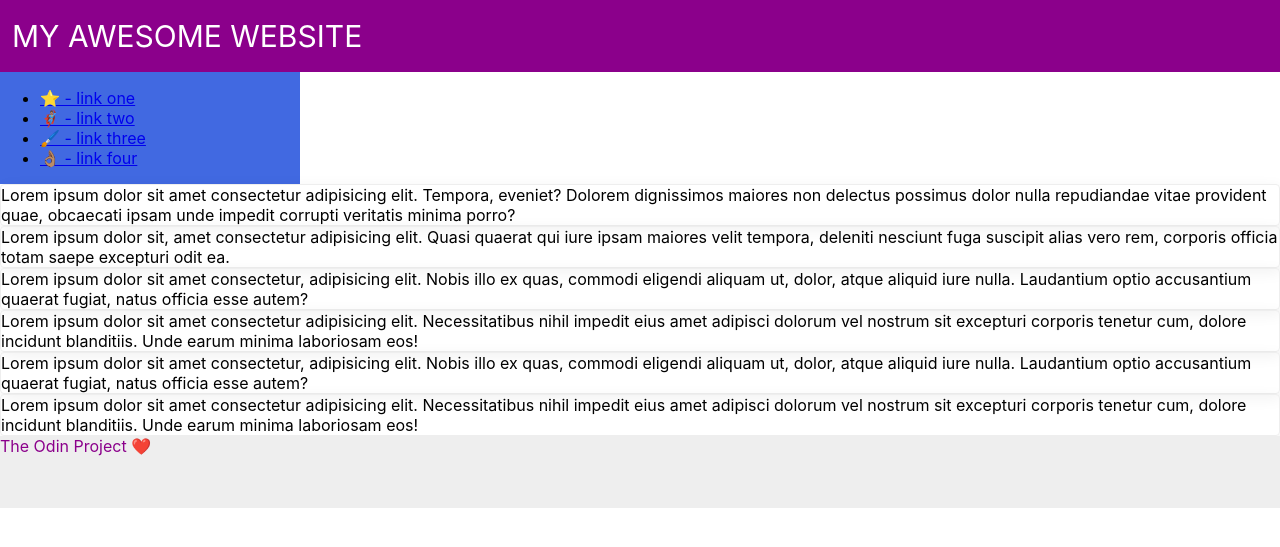
Repository: bbrockbrown/css-exercises
Page: flex/07-flex-layout-2/index.html
These files come from the project's save history. The page is drawn as it stood at one moment and after a run of saves; the edit follows.
The browser window is 1280 px wide. The pictures show the whole page.

Above is the page before, as saved 2024-07-22 18:34:38.

### flex/07-flex-layout-2/index.html
<!DOCTYPE html>
<html lang="en">
  <head>
    <meta charset="UTF-8">
    <meta http-equiv="X-UA-Compatible" content="IE=edge">
    <meta name="viewport" content="width=device-width, initial-scale=1.0">
    <title>The Holy Grail</title>
    <link rel="stylesheet" href="style.css">
  </head>
  <body>

    <div class="header">
      MY AWESOME WEBSITE
    </div>

    <div class="sidebar">
      <ul>
        <li><a href="#">⭐ - link one</a></li>
        <li><a href="#">🦸🏽‍♂️ - link two</a></li>
        <li><a href="#">🖌️ - link three</a></li>
        <li><a href="#">👌🏽 - link four</a></li>
      </ul>
    </div>

    <div class="card-container">
      <div class="card">Lorem ipsum dolor sit amet consectetur adipisicing elit. Tempora, eveniet? Dolorem dignissimos maiores non delectus possimus dolor nulla repudiandae vitae provident quae, obcaecati ipsam unde impedit corrupti veritatis minima porro?</div>
      <div class="card">Lorem ipsum dolor sit, amet consectetur adipisicing elit. Quasi quaerat qui iure ipsam maiores velit tempora, deleniti nesciunt fuga suscipit alias vero rem, corporis officia totam saepe excepturi odit ea.</div>
      <div class="card">Lorem ipsum dolor sit amet consectetur, adipisicing elit. Nobis illo ex quas, commodi eligendi aliquam ut, dolor, atque aliquid iure nulla. Laudantium optio accusantium quaerat fugiat, natus officia esse autem?</div>
      <div class="card">Lorem ipsum dolor sit amet consectetur adipisicing elit. Necessitatibus nihil impedit eius amet adipisci dolorum vel nostrum sit excepturi corporis tenetur cum, dolore incidunt blanditiis. Unde earum minima laboriosam eos!</div>
      <div class="card">Lorem ipsum dolor sit amet consectetur, adipisicing elit. Nobis illo ex quas, commodi eligendi aliquam ut, dolor, atque aliquid iure nulla. Laudantium optio accusantium quaerat fugiat, natus officia esse autem?</div>
      <div class="card">Lorem ipsum dolor sit amet consectetur adipisicing elit. Necessitatibus nihil impedit eius amet adipisci dolorum vel nostrum sit excepturi corporis tenetur cum, dolore incidunt blanditiis. Unde earum minima laboriosam eos!</div>
    </div>

    <div class="footer">
      The Odin Project ❤️
    </div>

  </body>
</html>

### flex/07-flex-layout-2/style.css
body {
  font-family: -apple-system, BlinkMacSystemFont, 'Segoe UI', Roboto, Oxygen, Ubuntu, Cantarell, 'Open Sans', 'Helvetica Neue', sans-serif;
  margin: 0;
  min-height: 100vh;
  display: flex;
  flex-direction: column;
}

.header {
  height: 72px;
  background: darkmagenta;
  color: white;
  display: flex;
  align-items: center;
  padding-left: 12px;
  font-size: 30px;
}

.footer {
  height: 72px;
  background: #eee;
  color: darkmagenta;
}

.sidebar {
  width: 300px;
  background: royalblue;
  box-sizing: border-box;
}

.card {
  border: 1px solid #eee;
  box-shadow: 2px 4px 16px rgba(0,0,0,.06);
  border-radius: 4px;
}

After the next 2 saves:
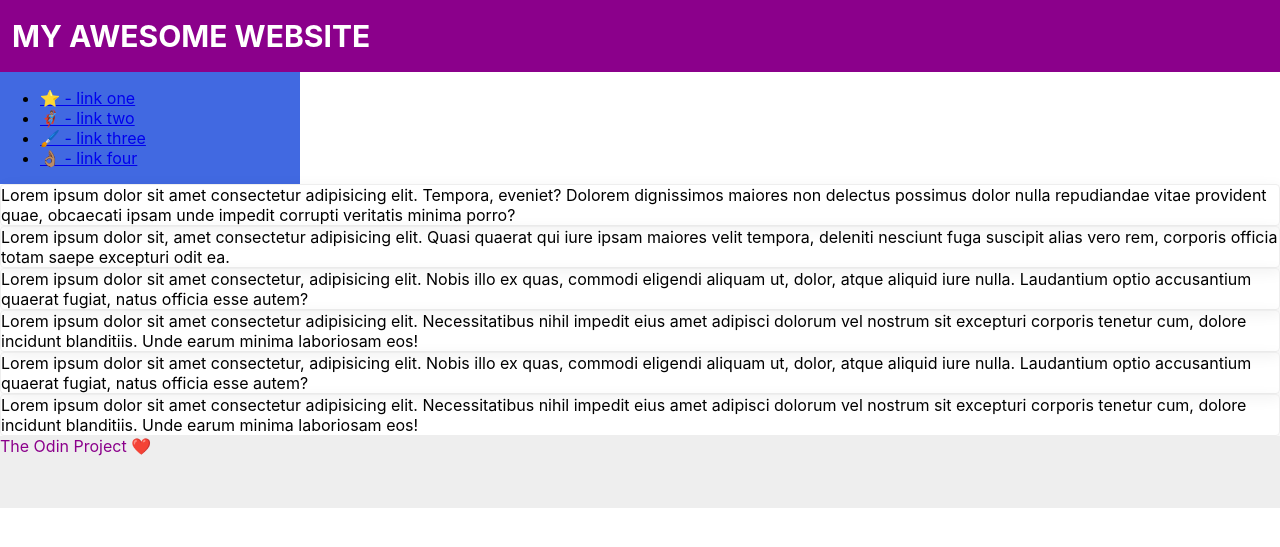
The 2 saves are shown as one change because they came seconds apart.
The last was saved 9 s later.
--- a/flex/07-flex-layout-2/style.css
+++ b/flex/07-flex-layout-2/style.css
@@ -14,6 +14,7 @@ body {
   align-items: center;
   padding-left: 12px;
   font-size: 30px;
+  font-weight: bolder;
 }
 
 .footer {
